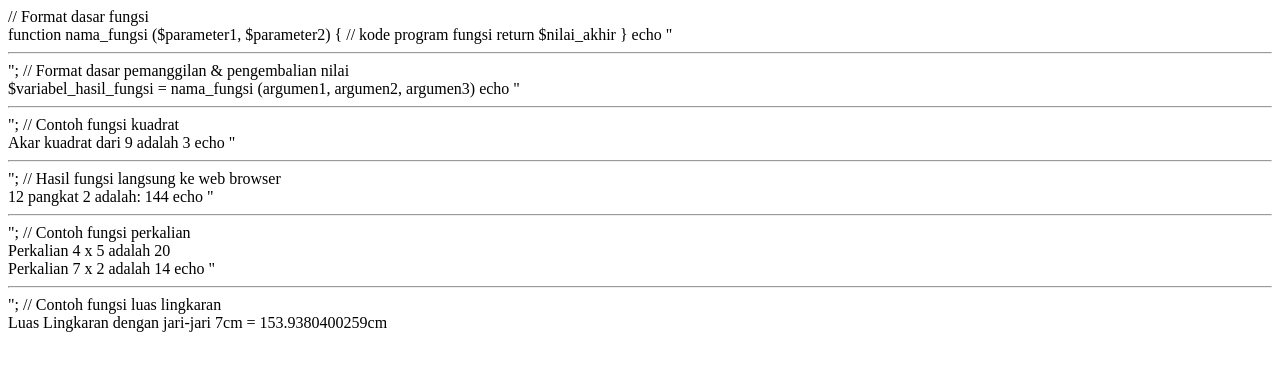
Repository: Bearli-py/latihan_PHP
Page: http://localhost/fungsi.php
The author's editor kept a copy of each file at every save. The page is drawn from the files as they stood at one save, then again after the next save.
The browser window is 1280 px wide. The pictures show the whole page.
The page is run by PHP 8.4 with error messages shown; the project is at /var/www/html/.

Above is the page before, as saved 2025-10-01 13:58:21.

### fungsi.php
// Format dasar fungsi <br>
function nama_fungsi ($parameter1, $parameter2)
{
// kode program fungsi return $nilai_akhir
}

echo "<hr>";

// Format dasar pemanggilan & pengembalian nilai <br>
$variabel_hasil_fungsi = nama_fungsi (argumen1, argumen2, argumen3)

echo "<hr>";

// Contoh fungsi kuadrat <br>
<?php
    $akar_kuadrat = sqrt(9);
    echo "Akar kuadrat dari 9 adalah $akar_kuadrat";
    // Akar kuadrat dari 9 adalah 3
?>

echo "<hr>";

// Hasil fungsi langsung ke web browser <br>
<?php
echo "12 pangkat 2 adalah: ".pow(12,2);
// 12 pangkat 2 adalah: 144
?>

echo "<hr>";

// Contoh fungsi perkalian <br>
<?php
//pembuatan fungsi
    function perkalian($angka1, $angka2)
    {
    $a= $angka1;
    $b= $angka2;
    $hasil= $a*$b;
    return $hasil;
    }
//pemanggilan fungsi
    $hasil=perkalian(4,5);
    echo "Perkalian 4 x 5 adalah $hasil";
    echo "<br />";
    echo "Perkalian 7 x 2 adalah ".perkalian(7,2);
?>

echo "<hr>";

// Contoh fungsi luas lingkaran <br>
<?php
//pemanggilan fungsi
    echo "Luas Lingkaran dengan jari-jari 7cm = ".luas_lingkaran(7)."cm";
//pembuatan fungsi
    function luas_lingkaran($jari2)
    {
    return M_PI*$jari2*$jari2;
    }
?>

After the next save:
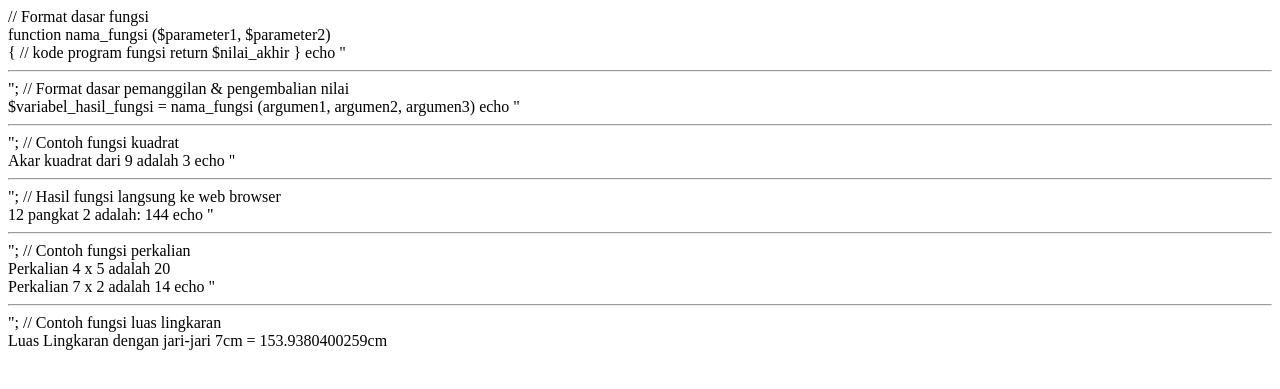
Saved 27 s later.
--- a/fungsi.php
+++ b/fungsi.php
@@ -1,5 +1,5 @@
 // Format dasar fungsi <br>
-function nama_fungsi ($parameter1, $parameter2)
+function nama_fungsi ($parameter1, $parameter2) <br>
 {
 // kode program fungsi return $nilai_akhir
 }
